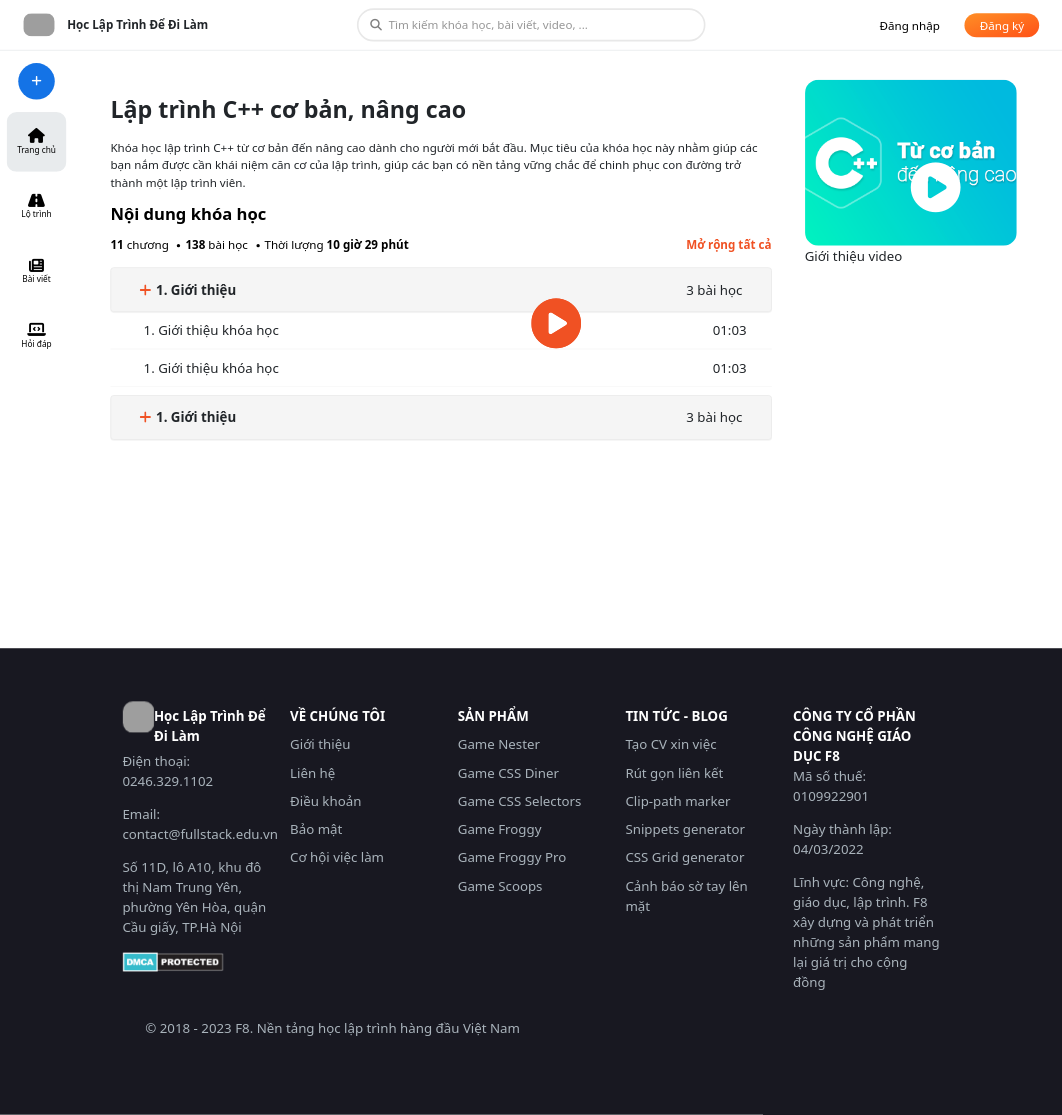
Repository: Quoc-Thang/projectasm
Page: introcourse.html
The author's editor kept a copy of each file at every save. The page is drawn from the files as they stood at one save, then again after the next save.
The browser window is 1280 px wide. The pictures show the whole page, at 83% of full size.
Pictures or frames that could not be fetched are drawn as grey boxes. Some web libraries are served in a nearby version.

Above is the page before, as saved 2023-11-30 22:36:12.

After the next save:
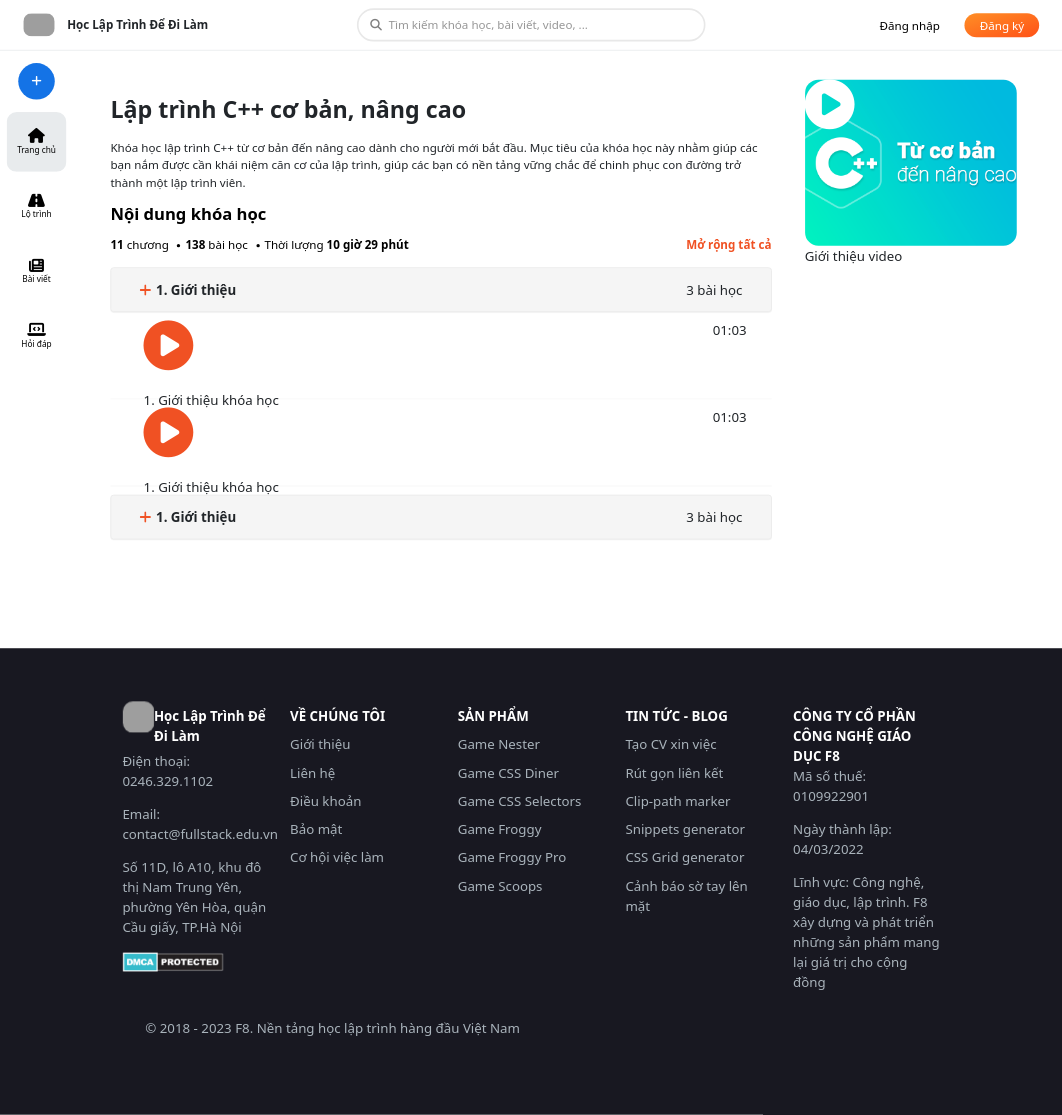
Saved 57 s later.
--- a/view/assets/css/introcourse.css
+++ b/view/assets/css/introcourse.css
@@ -156,14 +156,14 @@
   background-repeat: no-repeat;
   width: 100%;
   height: 200px;
-  position: relative;
+  display: flex;
+  justify-content: center;
+  align-items: center;
   border-radius: 16px;
 }
 
 .fa-circle-play {
-  position: absolute;
-  top: 50%;
-  left: 50%;
-  transform: translate(-50%; -50%);
   font-size: 60px;
+  height: 100%;
+  width: 100%;
 }
